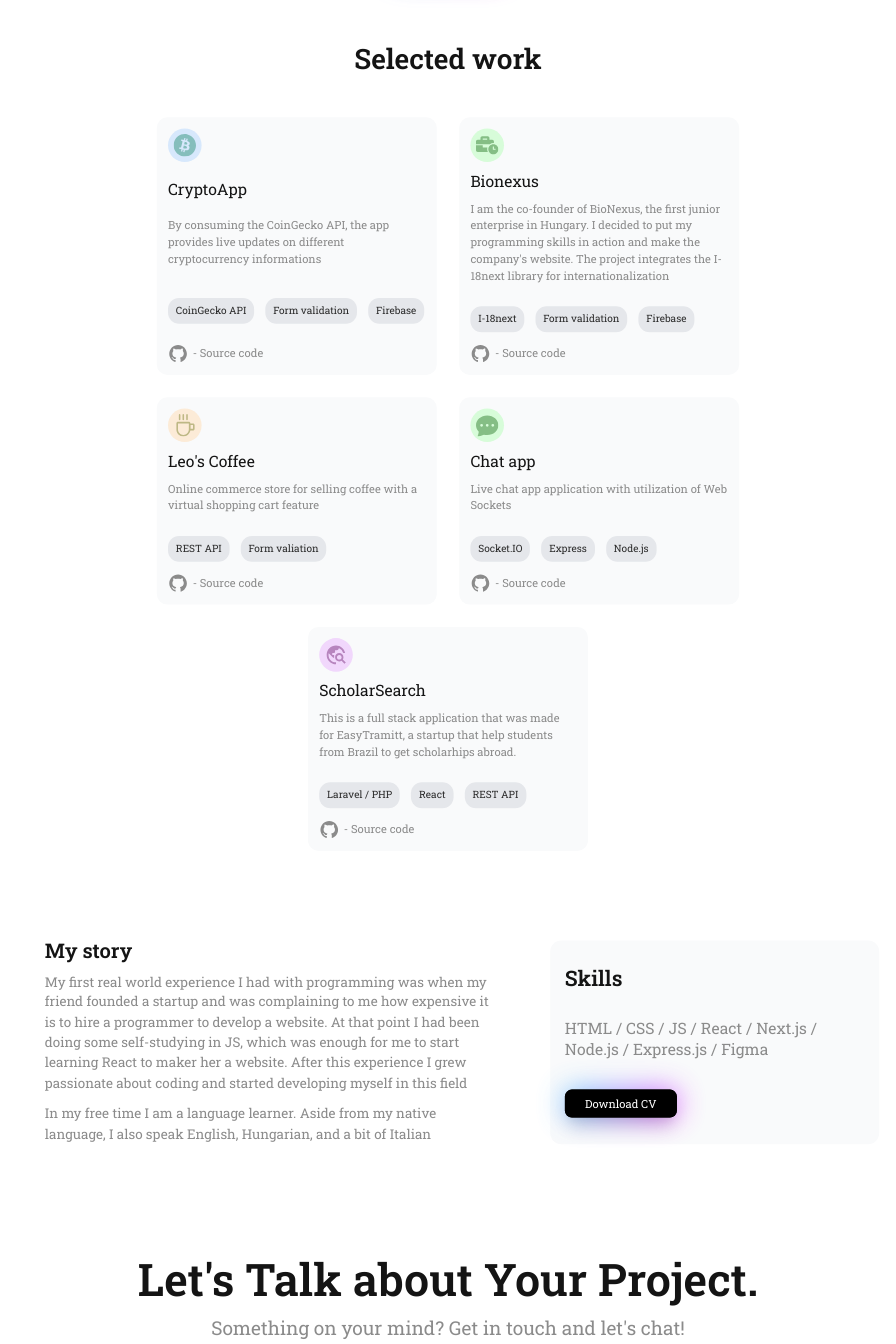
Repository: Leoka2000/portfolio-final
Page: /
The author's editor kept a copy of each file at every save. The page is drawn from the files as they stood at one save, then again after the next save.
The browser window is 1280 px wide. The pictures show the part of the page from y = 612 to 2532 px (the page is 3025 px tall before and 3001 px after), at 70% of full size.
The page's requests for data from a server got no answer. Some web fonts or font styles are not loaded; a fallback is used. The project was rebuilt for these pictures with package versions that can differ from the ones it lists, and the page was loaded fresh each time. No one was signed in, and anything a server would have sent is missing. Also part of the build but not shown: src/App.css. Imported but missing from the stored project, and not drawn on this page: src/assets/LeoCV.pdf.

Above is the page before, as saved 2023-05-10 21:34:02.

### public/index.html
<!DOCTYPE html>
<html lang="en">
  <head>
    <meta charset="utf-8" />
    <link rel="icon" href="%PUBLIC_URL%/favicon.ico" />
    <meta name="viewport" content="width=device-width, initial-scale=1" />
    <meta name="theme-color" content="#000000" />
    <meta
      name="description"
      content="Web site created using create-react-app"
    />
    <link rel="apple-touch-icon" href="%PUBLIC_URL%/logo192.png" />
    <!-- font -->
    <link rel="preconnect" href="https://fonts.googleapis.com">
    <link rel="preconnect" href="https://fonts.gstatic.com" crossorigin>
    <link href="https://fonts.googleapis.com/css2?family=Fira+Sans+Extra+Condensed:wght@300&family=Roboto+Condensed:wght@300&family=Roboto+Slab:wght@400;500;600&display=swap" rel="stylesheet">

    <!-- font -->
    <link rel="manifest" href="%PUBLIC_URL%/manifest.json" />

    <title>React App</title>
  </head>
  <body>
    <noscript>You need to enable JavaScript to run this app.</noscript>
    <div id="root"></div>
    <!--
      This HTML file is a template.
      If you open it directly in the browser, you will see an empty page.

      You can add webfonts, meta tags, or analytics to this file.
      The build step will place the bundled scripts into the <body> tag.

      To begin the development, run `npm start` or `yarn start`.
      To create a production bundle, use `npm run build` or `yarn build`.
    -->
  </body>
</html>

### src/pages/main/home.jsx
import React from 'react'
import Navbar from '../../compontents/navbar/navbar'
import Hero from './hero/hero'
import Work from './work/work-parent'
import About from './about/about'
import Contact from '../contact/contact'


const Home = () => {
  return (
    <>
      <Hero/>
      <Work/>
      <About/>
      <Contact/>
    </>
  )
}

export default Home

### src/compontents/navbar/navbar.css
.nav-navbar {
    display: flex;
    justify-content: flex-start;

    align-items: center;
    height: 90px;
}

.nav-navbar > span {
    display: flex;
    color: var(--h1);
    text-align: center;
    align-items: center;
    justify-content: center;
    background-color: #f5f5f5;
    font-weight: 300;
    padding: 9px 30px;
    border-radius: 30px;
    height: 2rem;
    gap: 1rem;
    width: auto;
    position: absolute;
    right: 30rem;

}
.nav-navbar > span > div {
width: 1.4rem;
border-radius: 100%;
background-color: rgb(101, 223, 101);
height: 1.4rem;
}
.dropdown-menu{
    position: absolute;
    right: 0;
    margin-right: 2rem;


}
.nav-dropdown {
    transform: none;
    transition: all 2s ease-in-out;
    margin-top: 1rem;
    background-color: #f5f5f5;
    position: absolute;
    top: 1;
    right: 0;
    border-radius: 10px;
    width: 10rem;
    height: 8.5rem;
    font-size: 1.2rem;
    transition: all .2s ease-in-out;
    box-shadow: rgba(0, 0, 0, 0.1) 0px 20px 25px -5px, rgba(0, 0, 0, 0.04) 0px 10px 10px -5px;
    opacity:1;
    transition:

     0s linear,
     1s linear;
}
.nav-dropdown::before {
    content: "";
z-index: -1;
position: absolute;
top: 0;
right: 0;
bottom: 0;
left: 0;
background: linear-gradient(-45deg,#e81cff,#40c9ff);
transform: translateZ(0) scale(.95);
filter: blur(20px);
opacity: .6;
transition: .3s;
border-radius: inherit;
transition: all 2s ease-in-out;

}
.dropdown{

    list-style: none;
    display: flex;
 flex-direction: column;
 padding: 1rem;
 transform: none;
 opacity:1;
    transition:

     0s linear,
     1s linear;


}

.dropdown > a {
    list-style: none;
    width: 84%;
    display: flex;
    padding: 0.5rem 1rem 0.5rem 0.7rem;
}
.dropdown > a > a {
    width: 100%;
}
.dropdown a:hover {
    background-color: rgb(219, 219, 219);
    cursor: pointer;
    border-radius: 10px;
    transition: 0.2s;
}
.nav-navbar > div > button {
    background-color: transparent;
    outline: none;
    border: none;
    display: flex;
    align-items: center;
    background-color: #f5f5f5;
    border-radius: 10px;

    padding: 0.8rem;
    justify-content: center;
    gap: 0.2rem;
    cursor: pointer;
    position: relative;
    transition: 0.3s;
}
.nav-navbar > div > button:hover {
background-color: rgb(228, 228, 228);
transform: scale(1.1);
}
.dropdown-menu > button > p {
    font-size: 1.2rem;

}
.dropdown-menu button svg {
    font-size: 1.5rem;
}

### src/pages/main/work/work-parent.js
import React from 'react'
import './work.css'
import Bionexus from './projects/bionexus/index'
import CoffeeApp from './projects/coffee/index'
import ChatApp from './projects/chatapp/index'
import EasyTramitt from './projects/easy/index'
import CryptoApp from './projects/cryptoapp/index'



const Work = () => {
  return (
    <>
      <section id='work' className='work-section'>
        <header><h1>Selected work</h1></header>
        <main className='work-main'>
        <CryptoApp />
          <Bionexus />
          <CoffeeApp />
          <ChatApp />
          <EasyTramitt />


        </main>


      </section>
    </>
  )
}

export default Work

### src/pages/main/about/about.js
import React from 'react'
import './about.css'
import ThingsIDo from './thingsido/index'
import Skills from './skills/index'

const about = () => {
  return (
    <section id='about' className='about-section'>
      <ThingsIDo/>
      <Skills/>
    </section>
  )
}

export default about

### src/pages/contact/contact.js
import React from 'react'
import './contact.css'
import Form from './inputs/index'

const Contact = () => {
  return (
    <section id='contact' className='contact-session'>
      <header className='contact-header'>
        <h1>Let's Talk about Your Project.</h1>
        <p>Something on your mind? Get in touch and let's chat!</p>

      </header>
<main className='contact-main'>
<Form/>
</main>


    </section>
  )
}

export default Contact

### src/pages/main/hero/hero.css
.hero-section {
    display: flex;
    flex-direction: column;
    text-align: center;
    align-items: center;
    padding: 4rem 2rem 2rem 2rem;
    justify-content: center;
    gap: 1.5rem
}
.hero-section h1 {
    color: var(--h1);
    font-size: 5rem;
}
.hero-section p {
    color: var(--p);
    font-size: 2rem;
    line-height: 2.5rem;
    width: 80%;

}
.icons-wrapper {
    font-size: 2rem;
    color: var(--p);
    background-color: #f5f5f5;
    border-radius: 25px;
    align-items: center;
    padding: 0.8rem 0 0.5rem 0;
    width: 12rem;
    display: flex;
    justify-content: center;
    gap: 1rem;
    cursor: pointer;

}
.icons-wrapper a {
    text-decoration: none;
    color: var(--p);
}
.icons-wrapper svg {
    transition: 0.4s;
}
.icons-wrapper svg:hover {
    color: rgb(0, 0, 0);
}


.hero-section > button {
    font-family: 'Fira Sans Extra Condensed', sans-serif;

    font-family: 'Inter', sans-serif;

    font-family: 'Roboto Condensed', sans-serif;

    font-family: 'Roboto Slab', serif;

    display: flex;
    justify-content: center;
    align-items: center;
    color: white;
    font-size: 1.3rem;
    width: 10rem;
    height: 3.5rem;
    border-radius: 10px;
    outline: none;
    background-color: black;
    border: none;
    position: relative;
    cursor: pointer;
    transition: all .2s ease-in-out;
    box-shadow: rgba(0, 0, 0, 0.1) 0px 20px 25px -5px, rgba(0, 0, 0, 0.04) 0px 10px 10px -5px;
}
.hero-section > button::before {
    content: "";
z-index: -1;
position: absolute;
top: 0;
right: 0;
bottom: 0;
left: 0;
background: linear-gradient(-45deg, #e81cff, #40c9ff);
transform: translateZ(1) scale(.98);
filter: blur(20px);
opacity: .6;
transition: opacity .3s;
border-radius: inherit;
transition: all .2s ease-in-out;
}
.hero-section > button::after {

        content: "";
        z-index: -1;
        position: absolute;
        top: 0;
        right: 0;
        bottom: 0;
        left: 0;
        background: inherit;
        border-radius: inherit;
      }

.hero-section > button:hover {
transform: scale(1.1);
background-color: white;
color: black;
}



@media screen and (max-width: 1000px) {
    .hero-section > h1 {
        color: var(--h1);
        font-size: 2rem;
    }
    .hero-section > p {
        font-size: 1.2rem;
        line-height: 1.4rem;
    }

}

### src/pages/main/work/work.css
.work-section {
    display: flex;
    flex-direction: column;
    justify-content: center;
    padding: 4rem 1rem 1rem 1rem;

}
.work-section > header {
text-align: center;
font-size:2.5rem;
}

.work-main {
    padding-top: 4rem;
    display: flex;
    gap: 2rem;
    flex-wrap: wrap;
    justify-content: center;
}
.individual-wrapper {
    background-color: var(--background);
    width: 23rem;
    display: flex;
    justify-content: space-between;
    flex-direction: column;
gap: 1rem;
padding: 1rem;
border-radius: 15px;
height: auto;
transition: 0.5s;
}
.individual-wrapper:hover {
    transform: scale(1.02);
    background-color: rgb(241, 241, 241);

}
.individual-wrapper > h1 {
    font-size: 1.4rem;
    font-weight: 400;
}
.individual-wrapper > span {
    font-size: 2rem;
    background-color: var(--background-dark);
    border-radius: 100%;
    width: 3rem;
    height: 3rem;
    justify-content: center;
    align-items: center;
    display: flex;
}
.individual-wrapper > p {
    color: var(--p);
    line-height: 1.5rem;
}
.key-wrapper {
    display: flex;
    gap: 1rem
}
.key-wrapper > span {
    margin-top: 1rem;
    text-align: center;
    padding: 0.7rem;
    border-radius: 16px;
    width: auto;
    display: block;
    font-weight: 100;
    font-size: 0.9rem;
    background-color: var(--background-dark);
    color :rgb(43, 43, 43)
}

a { color: inherit;
text-decoration: none;
}
.individual-wrapper > a {
    font-size: 1.8rem;
    cursor: pointer;
    display: flex;
    color: var(--p);
    align-items: center;
    gap: 0.4rem;
    transition: 0.3s;
}
.individual-wrapper > a > p {
    color: var(--p);
    font-size: 1rem;
    transition: 0.3s;

}

.individual-wrapper > a:hover #hover {
    color: black;
}

.individual-wrapper > a:hover {
    color: black;
}
#work-1 {
    background-color: rgb(215, 232, 252);
    color: rgb(133, 190, 188);
}

#work-2 {
    background-color: rgb(215, 252, 217);
    color: rgb(133, 190, 133);
}
#work-3 {
    background-color: rgb(252, 235, 215);
    color: rgb(190, 184, 133);
}
#work-4 {
    background-color: rgb(215, 252, 217);
    color: rgb(133, 190, 133);
}
#work-5 {
    background-color: rgb(241, 215, 252);
    color: rgb(183, 133, 190);
}

### src/pages/main/work/projects/bionexus/index.jsx
import React from 'react'
import {FaBusinessTime} from 'react-icons/fa'
import {AiFillGithub} from 'react-icons/ai'

const index = () => {
  return (
    <a href='https://lustrous-kangaroo-8bc907.netlify.app/' className='individual-wrapper'>
    <span id='work-2'><FaBusinessTime/></span>
    <h1>Bionexus</h1>
    <p>I am the co-founder of BioNexus, the first junior enterprise in Hungary. I decided to put my programming skills in action and make the company's website. The project integrates the I-18next library for internationalization</p>
    <div className='key-wrapper'>
      <span>I-18next</span>
      <span>Form validation</span>
      <span>Firebase</span>
    </div>
    <a href='https://www.facebook.com/'><AiFillGithub/><p id='hover'>- Source code</p></a>
  </a>
  )
}

export default index

### src/pages/main/work/projects/coffee/index.jsx
import React from 'react'
import {AiOutlineCoffee} from 'react-icons/ai'
import {AiFillGithub} from 'react-icons/ai'

const index = () => {
  return (
    <a href='https://voluble-salamander-19402b.netlify.app/' className='individual-wrapper'>
      <span id='work-3'><AiOutlineCoffee/></span>
      <h1>Leo's Coffee</h1>
      <p>Online commerce store for selling coffee with a virtual shopping cart feature</p>
      <div className='key-wrapper'>
        <span>REST API</span>
        <span>Form valiation</span>
      </div>
      <a href='https://www.facebook.com/'><AiFillGithub/><p id='hover'>- Source code</p></a>
    </a>
  )
}

export default index

### src/pages/main/work/projects/chatapp/index.jsx
import React from 'react'
import {BsFillChatDotsFill} from 'react-icons/bs'
import {AiFillGithub} from 'react-icons/ai'

const index = () => {
  return (
    <a href='https://idyllic-horse-830bac.netlify.app/' className='individual-wrapper'>
    <span id='work-4'><BsFillChatDotsFill/></span>
    <h1>Chat app</h1>
    <p>Live chat app application with utilization of Web Sockets</p>
    <div className='key-wrapper'>
      <span>Socket.IO</span>
      <span>Express</span>
      <span>Node.js</span>
    </div>
    <a href='https://www.facebook.com/'><AiFillGithub/><p id='hover'>- Source code</p></a>
  </a>
  )
}

export default index

### src/pages/main/work/projects/easy/index.jsx
import React from 'react'
import {MdTravelExplore} from 'react-icons/md'
import {AiFillGithub} from 'react-icons/ai'

const index = () => {
  return (
    <a href='https://beamish-babka-ea7d99.netlify.app/' className='individual-wrapper'>
      <span id='work-5'><MdTravelExplore/></span>
      <h1>ScholarSearch</h1>
      <p>This is a full stack application that was made for EasyTramitt, a startup that help students from Brazil to get scholarhips abroad.</p>
      <div className='key-wrapper'>
        <span>Laravel / PHP</span>
        <span>React</span>
        <span>REST API</span>
      </div>
      <a href='https://www.facebook.com/'><AiFillGithub/><p id='hover'>- Source code</p></a>
    </a>
  )
}

export default index

### src/pages/main/work/projects/cryptoapp/index.jsx
import React from 'react'
import {SiBitcoin} from 'react-icons/si'
import {AiFillGithub} from 'react-icons/ai'

const index = () => {
  return (
    <a href='https://crypto-deploy2-6w8l1e4ho-leoka2000.vercel.app/' className='individual-wrapper'>
      <span id='work-1'><SiBitcoin/></span>
      <h1>CryptoApp</h1>
      <p>By consuming the CoinGecko API, the app provides live updates on different cryptocurrency informations</p>
      <div className='key-wrapper'>
        <span>CoinGecko API</span>
        <span>Form validation</span>
        <span>Firebase</span>
      </div>
      <a href='https://www.facebook.com/'><AiFillGithub/><p id='hover'>- Source code</p></a>
    </a>
  )
}

export default index

### src/pages/main/about/about.css
.about-section {
    display: flex;
    gap: 0.5rem;
    padding: 7rem 1.5rem 5rem 4rem;
}

.left {
    display: flex;
    flex-direction: column;
    width: 50rem;
    gap: 1rem;

}
.left > h1 {
    color: var(--h1);
    font-size: 1.8rem;
}
.left > p {
    line-height: 1.8rem;
    color: var(--p);
    font-size: 1.2rem;
    font-weight: normal;
    -webkit-font-smoothing: antialiased;
    -moz-osx-font-smoothing: grayscale;
    width: 90%;

}

.right {
    display:flex;
    flex-direction: column;
    background-color: var(--background);
    border-radius: 16px;
    gap:1.6rem;
    padding: 1.3rem;
    justify-content: space-evenly;
    z-index: 0;
    width: 30rem;

}
.right > h1 {
    font-size: 1.9rem;
}
.right > p {
    color: var(--p);
    font-size: 1.4rem;
    line-height: 1.8rem;
    width: 95%;
}
.right-btn {
    display: flex;
    justify-content: center;
    align-items: center;
    color: white;
    font-size: 1rem;
    width: 10rem;
    height: 2.5rem;
    border-radius: 10px;
    outline: none;

    background-color: black;
    border: none;
    position: relative;
    cursor: pointer;
    transition: all .2s ease-in-out;
    box-shadow: rgba(0, 0, 0, 0.1) 0px 20px 25px -5px, rgba(0, 0, 0, 0.04) 0px 10px 10px -5px;
    font-family: 'Fira Sans Extra Condensed', sans-serif;

    font-family: 'Inter', sans-serif;

    font-family: 'Roboto Condensed', sans-serif;

    font-family: 'Roboto Slab', serif;
}
.right-btn::before {
    content:"";
z-index: -1;
position: absolute;
top: 0;
right: 0;
bottom: 0;

left: 0;
background: linear-gradient(-45deg, #e81cff, #40c9ff);
transform: translateZ(1) scale(.98);
filter: blur(20px);
opacity: 0.8;
transition: opacity .3s;
border-radius: inherit;
transition: all .2s ease-in-out;
}
.right-btn::after {

        content: "";
        z-index: -1;
        position: absolute;
        top: 0;
        right: 0;
        bottom: 0;
        left: 0;
        background: inherit;
        border-radius: inherit;
      }

      .right-btn:hover {
transform: scale(1.1);
background-color: white;
color: black;
}




@media screen and (max-width: 1150px) {
    .right {
        width: 35rem;


    }
    .left {
        width: 40rem;
        padding-left: 1.5rem;
    }
}

@media screen and (max-width: 1000px) {
    .about-section {
        flex-direction: column;
        padding-left: 0rem;
    }
    .right {
        width: 90%;



    }
    .left {
        width: 90%;
        padding-bottom: 1.5rem;


    }
    .left > p {
        width: 100%;
    }

    .right-btn {
        width: 13rem;
    }

    .right > p {

        font-size: 1.2rem;

    }
}

### src/pages/main/about/thingsido/index.jsx
import React from 'react'

const index = () => {
  return (
    <div className='left'>
            <h1>My story</h1>
            <p>My first real world experience I had with programming was when my friend founded a startup and was complaining to me how expensive it is to hire a programmer to develop a website. At that point I had been doing some self-studying in JS, which was enough for me to start learning React to maker her a website. After this experience I grew passionate about coding and started developing myself in this field</p>
            <p>In my free time I am a language learner. Aside from my native language, I also speak English, Hungarian, and a bit of Italian</p>
        </div>
  )
}

export default index

### src/pages/main/about/skills/index.jsx
import React from 'react'
import CV from '../../../../assets/LeoCV.pdf'
import './index.css'



const index = () => {
    return (
        <div className='right'>
            <h1>Skills</h1>
            <p>HTML / CSS / JS / React / Next.js / Node.js / Express.js / Figma</p>
            <a href={CV} download className='right-btn'>Download CV</a>
        </div>
    )
}

export default index

### src/pages/contact/contact.css
.contact-session {
    padding: 5rem 1rem 5rem 1rem;
}
.contact-header {
    text-align: center;
    font-size: 1.2rem;
    gap: 1.5rem;
    display: flex;
    flex-direction: column;
}
.contact-header > h1 {
    font-size: 4rem;
    color: var(--h1);
}
.contact-header > p {
    color: var(--p);
    font-size: 1.7rem;
}
.contact-main {
    padding-top: 3rem;
    display: flex;
    justify-content: center;

}
.form {
    display: flex;
    flex-direction: column;
    justify-content: center;
    align-items: center;
    gap: 1rem;
    width: 25rem;
    box-shadow: rgba(0, 0, 0, 0.16) 0px 10px 36px 0px, rgba(0, 0, 0, 0.06) 0px 0px 0px 1px;
    padding: 2rem;
    border-radius: 10px;

}
.input {
    padding: 0.8rem;
    width: 22.5rem;
    outline: 2px solid transparent;
outline-offset: 2px;
border: none;
background-color: var(--background);
border-radius: 4px;
font-size: 1.1rem;
font-family: 'Fira Sans Extra Condensed', sans-serif;

  font-family: 'Inter', sans-serif;

  font-family: 'Roboto Condensed', sans-serif;

  font-family: 'Roboto Slab', serif;

}
.textarea {
padding: 0.8rem;
    width: 22.5rem;
    height: 5rem;
    outline: 2px solid transparent;
outline-offset: 2px;
border: none;
background-color: var(--background);
border-radius: 4px;
font-family: 'Fira Sans Extra Condensed', sans-serif;
font-size: 1.1rem;
  font-family: 'Inter', sans-serif;

  font-family: 'Roboto Condensed', sans-serif;

  font-family: 'Roboto Slab', serif;
}

.error {
  text-align:end;
   color: red;
}
.success {
 color: rgb(16, 184, 80);
 padding-bottom: 0.5rem;
}
.contact-btn {
    font-family: 'Fira Sans Extra Condensed', sans-serif;

    font-family: 'Inter', sans-serif;

    font-family: 'Roboto Condensed', sans-serif;

    font-family: 'Roboto Slab', serif;

    display: flex;
    justify-content: center;
    align-items: center;
    color: white;
    font-size: 1.1rem;
    width: 10rem;
    height: 2.8rem;
    border-radius: 10px;
    outline: none;
    background-color: black;
    border: none;
    position: relative;
    cursor: pointer;
    transition: all .2s ease-in-out;
    box-shadow: rgba(0, 0, 0, 0.1) 0px 20px 25px -5px, rgba(0, 0, 0, 0.04) 0px 10px 10px -5px;
    margin-top: 1rem;
}

.contact-btn::before {
    content: "";
z-index: -1;
position: absolute;
top: 0;
right: 0;
bottom: 0;
left: 0;
background: linear-gradient(-45deg, #e81cff, #40c9ff);
transform: translateZ(1) scale(.9);
filter: blur(20px);
opacity: .9;
transition: opacity .3s;
border-radius: inherit;
transition: all .2s ease-in-out;
}
.contact-btn::after {

        content: "";
        z-index: -1;
        position: absolute;
        top: 0;
        right: 0;
        bottom: 0;
        left: 0;
        background: inherit;
        border-radius: inherit;
      }

.contact-btn:hover {
transform: scale(1.1);
background-color: white;
color: black;
}

@media screen and (max-width: 600px) {

    .contact-header > h1 {

        font-size: 2.5rem;
    }
    .contact-header > p {
        line-height: 2rem;
        font-size: 1.6rem;
    }

}
@media screen and (max-width: 400px) {
    .input, .textarea {
        width: 18rem;
    }
}

### src/firebaseConfig.js
import { initializeApp } from "firebase/app";
import { getFirestore } from '@firebase/firestore'

const firebaseConfig = {

  apiKey: `${process.env.REACT_APP_API_KEY}`,

  authDomain: "portfolio-6b1fa.firebaseapp.com",

  projectId: "portfolio-6b1fa",

  storageBucket: "portfolio-6b1fa.appspot.com",

  messagingSenderId: "417124294769",

  appId: "1:417124294769:web:517649707aa8fc9622fbd0",

  measurementId: "G-0YRDJZY4KD"

};




  const app = initializeApp(firebaseConfig)

 export const db = getFirestore(app)

Loaded but not shown: src/index.js (common file); src/index.css (common file); src/App.js (common file); src/pages/contact/inputs/index.js (55 lines, source omitted); src/compontents/navbar/navbar.js (35 lines, source omitted); src/pages/main/hero/hero.js (25 lines, source omitted); src/pages/main/about/skills/index.css (no stored copy; drawn as an empty file)

After the next save:
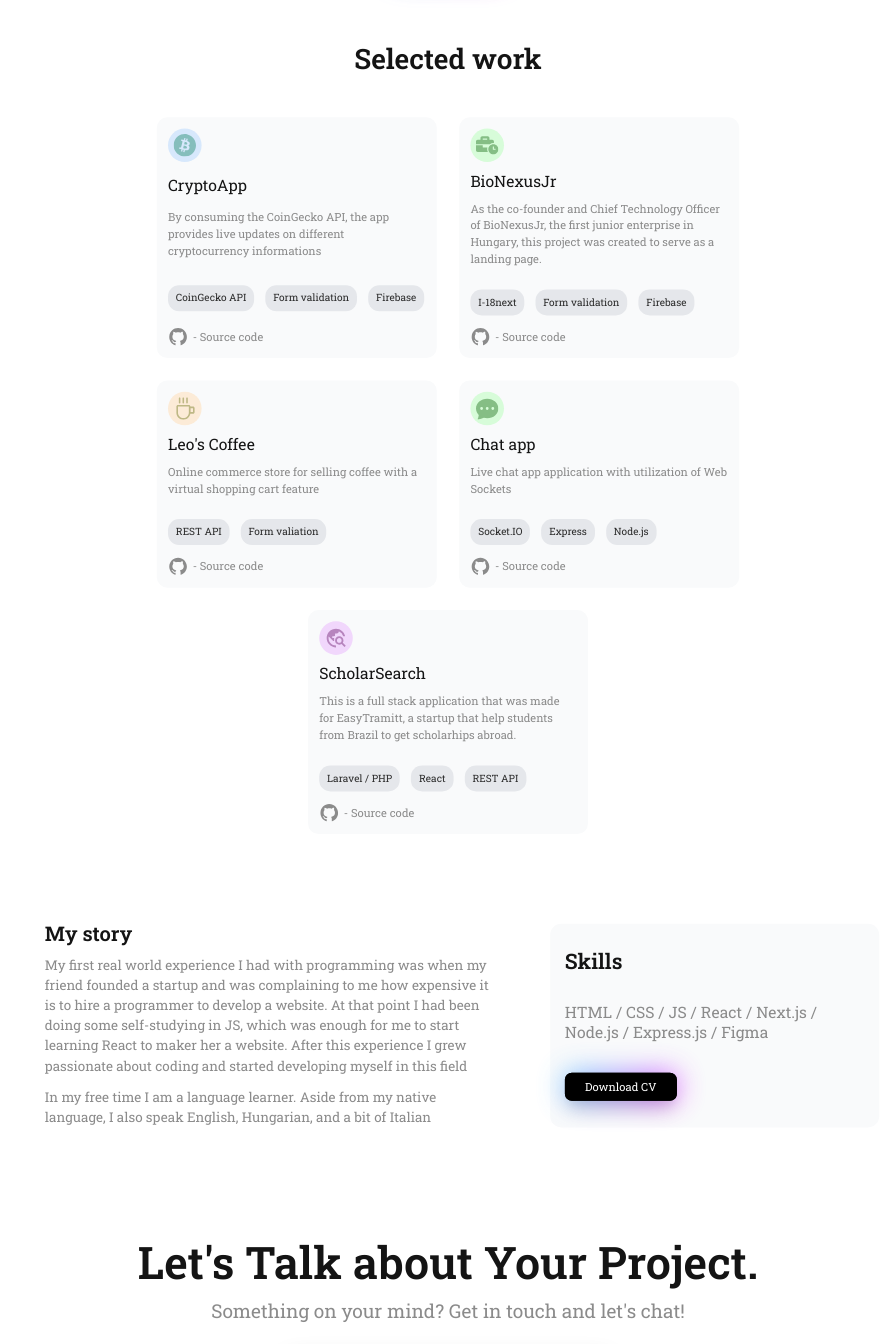
Saved 118 s later.
--- a/src/pages/main/work/projects/bionexus/index.jsx
+++ b/src/pages/main/work/projects/bionexus/index.jsx
@@ -6,8 +6,8 @@
   return (
     <a href='https://lustrous-kangaroo-8bc907.netlify.app/' className='individual-wrapper'>
     <span id='work-2'><FaBusinessTime/></span>
-    <h1>Bionexus</h1>
-    <p>I am the co-founder of BioNexus, the first junior enterprise in Hungary. I decided to put my programming skills in action and make the company's website. The project integrates the I-18next library for internationalization</p>
+    <h1>BioNexusJr</h1>
+    <p>As the co-founder and Chief Technology Officer of BioNexusJr, the first junior enterprise in Hungary, this project was created to serve as a landing page.</p>
     <div className='key-wrapper'>
       <span>I-18next</span>
       <span>Form validation</span>
